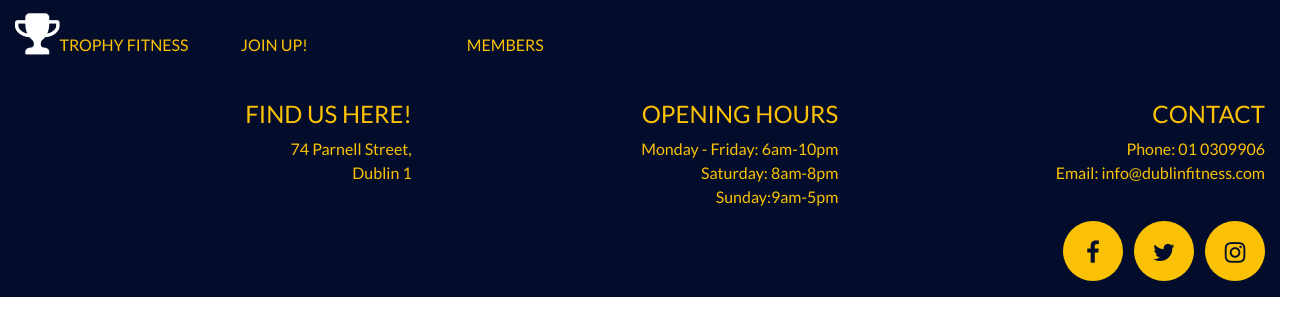
Repository: Code-Institute-Submissions/conbonbom-Milestone-project-1
Page: index.html
The author's editor kept a record of every edit. The page is drawn from the files as they stood at one moment, then again after the next edit.
The browser window is 1280 px wide. The page is 1295 px wide, so the pictures cover 1295 px, including what lies to the right of the window. The pictures show the whole page.

Above is the page before.

After the next edit:
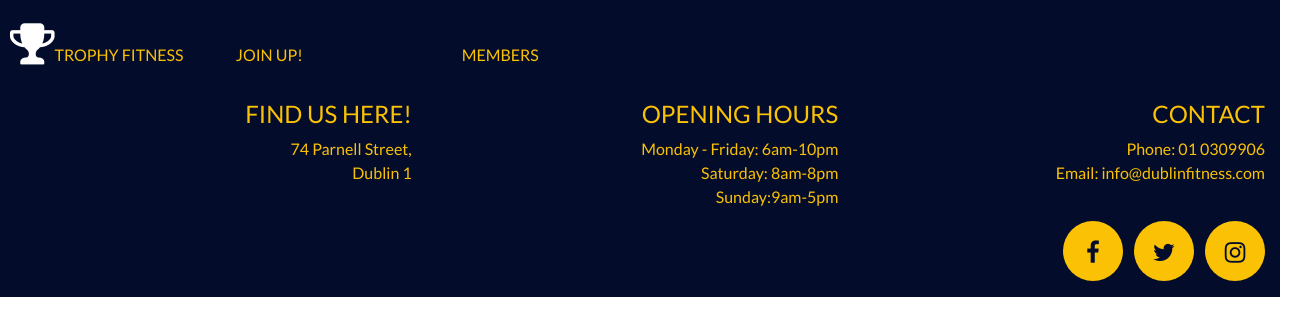
The edit:
--- a/Assets/style.css
+++ b/Assets/style.css
@@ -9,6 +9,10 @@
     background-color: #030d2b;
     height: 100px;
     font-size: 100%;
+}
+
+.nav-item {
+    padding: 10px;
 }
 
 .nav-item a {
